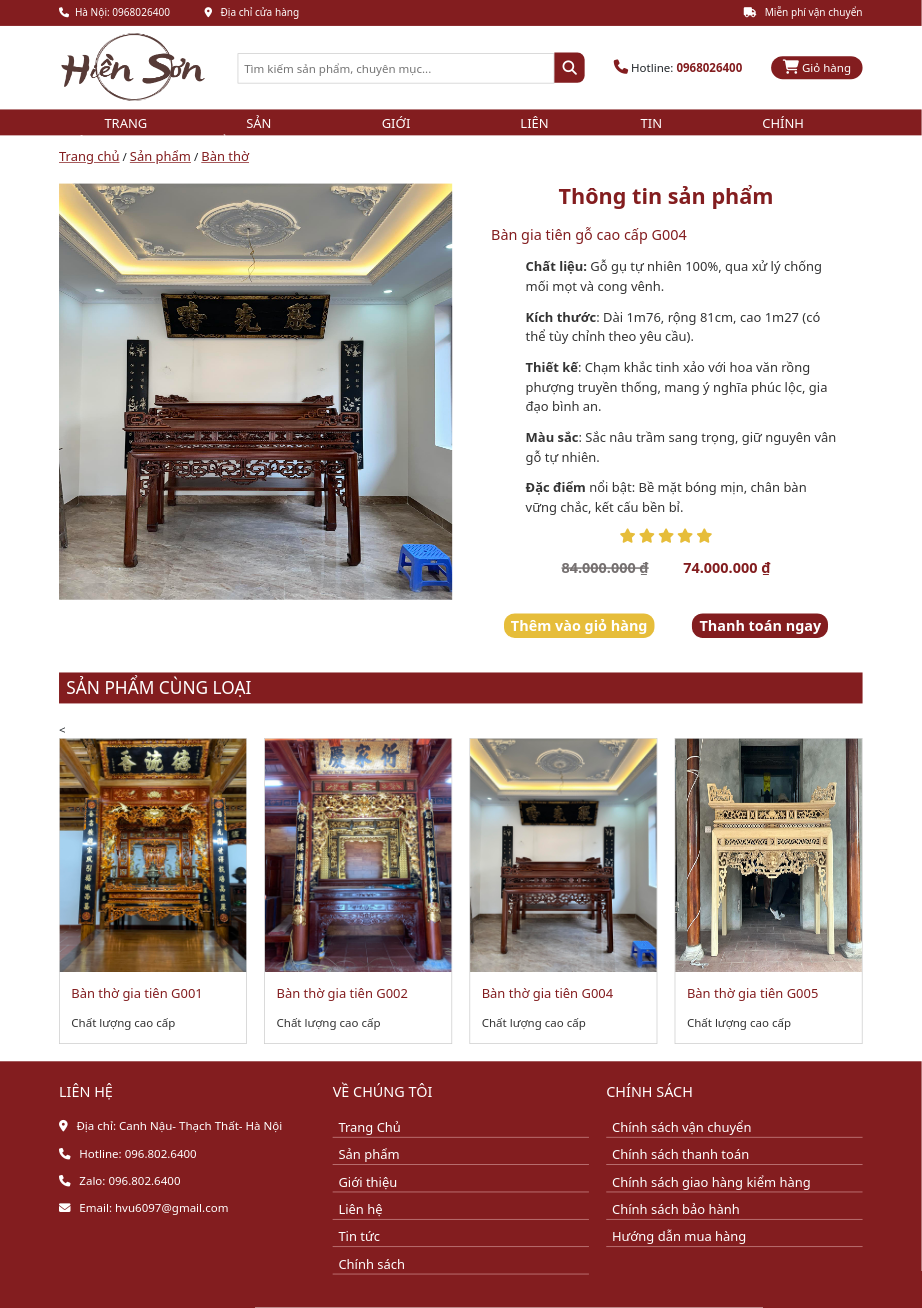
Repository: hoang28092000/do_go_hien_son
Page: product_details/ban_tho-g004.html
The author's editor kept a copy of each file at every save. The page is drawn from the files as they stood at one save, then again after the next save.
The browser window is 1280 px wide. The pictures show the whole page, at 72% of full size.
Some web libraries are served in a nearby version.

Above is the page before, as saved 2024-08-12 15:56:48.

### product_details/ban_tho-g004.html
<!DOCTYPE html>
<html lang="en">
<head>
    <meta charset="UTF-8">
    <meta name="viewport" content="width=device-width, initial-scale=1.0">
    <link rel="stylesheet" href="../asset/style.css">
    <link rel="stylesheet" href="https://cdnjs.cloudflare.com/ajax/libs/font-awesome/6.6.0/css/all.min.css" integrity="sha512-Kc323vGBEqzTmouAECnVceyQqyqdsSiqLQISBL29aUW4U/M7pSPA/gEUZQqv1cwx4OnYxTxve5UMg5GT6L4JJg==" crossorigin="anonymous" referrerpolicy="no-referrer" />
    <link href="https://cdn.jsdelivr.net/npm/bootstrap@5.3.3/dist/css/bootstrap.min.css" rel="stylesheet" integrity="sha384-QWTKZyjpPEjISv5WaRU9OFeRpok6YctnYmDr5pNlyT2bRjXh0JMhjY6hW+ALEwIH" crossorigin="anonymous">
    <title>Bàn thờ gia tiên G004</title>
</head>
<body>
    <div id="header">
        <div class="top_header">
            <div class="container">
                <div class=" d-flex align-items-center justify-content-between pt-1">
                    <div class="d-flex">
                        <p class="mb-0 me-5"><a href="" class="txt-th">
                            <i class="fa-solid fa-phone icon-th pe-2"></i>Hà Nội: 0968026400
                        </a></p>
                        <p class="mb-0"><a href="" class="txt-th">
                            <i class="fa-solid fa-location-dot icon-th pe-2"></i>
                        Địa chỉ cửa hàng</a></p>
                    </div>
                    <p class="mb-0"><a href="" class="txt-th">
                        <i class="fa-solid fa-truck icon-th pe-2"></i>
                    Miễn phí vận chuyển</a></p>
                </div>
            </div>
        </div>
    </div>

        <div class="main_header py-2">
            <div class="container">
                <ul class="d-flex justify-content-between align-items-center ps-0 mb-0">
                    <li class="logo-hs">
                        <a href="../index.html"><img src="../asset/image/logo_1.png" class="logo-hd" alt=""></a>
                    </li>
                    <li class="search-hd">
                        <input type="text" class="input-search-hd" placeholder="Tìm kiếm sản phẩm, chuyên mục..."><i class="fa-solid fa-magnifying-glass icon-search_hd"></i>
                    </li>

                    <li class="contact-hd">
                        <i class="fa-solid fa-phone icon-hd "></i>
                        <span class="txt-hd">Hotline: <b style="color: #831d1f;">0968026400</b></span>
                    </li>

                    <li class="cart-hd">
                        <p class="mb-0 cart-list py-1 px-3">
                            <i class="fa-solid fa-cart-shopping icon-cart"></i><span class="txt-cart"> Giỏ hàng</span>
                        </p>
                    </li>
                </ul>
            </div>
        </div>

        <div class="bottom_header">
            <div class="container">
                <ul class="links d-flex justify-content-center align-items-center mb-0 ps-0">
                    <li class="link "><a href="../index.html" class="txt-link">TRANG CHỦ</a></li>
                    <li class="link"><a href="../website/product.html" class="txt-link">SẢN PHẨM</a></li>
                    <li class="link"><a href="../website/about-us.html" class="txt-link">GIỚI THIỆU</a></li>
                    <li class="link"><a href="../website/contact.html" class="txt-link">LIÊN HỆ</a></li>
                    <li class="link"><a href="../website/news.html" class="txt-link">TIN TỨC</a></li>
                    <li class="link"><a href="../website/policy.html" class="txt-link">CHÍNH SÁCH</a></li>
                 </ul>
            </div>
        </div>
    </div>
    <div class="main-product_details">
        <div class="container">
            <div class="links-product_details pt-3 pb-4">
                <a href="../index.html" class="link-pd">Trang chủ</a>
                <span class="slash"> /</span>
                <a href="../website/product.html" class="link-pd">Sản phẩm</a>
                <span class="slash"> /</span>
                <a href="../website/product.html" class="link-pd">Bàn thờ</a>
            </div>

            <div class="card-p_details">
                <div class="row">
                    <div class="col-lg-6">
                        <img src="../asset/image/anhn5.jfif" alt="" class="img-p_details w-100">
                    </div>
                    <div class="col-lg-6">
                        <div class="info-p_details">
                            <h3 class="name-p_details">
                                Thông tin sản phẩm
                            </h3>

                            <div class="desc-info-pd">
                                <p class="heading-pd">
                                    Bàn gia tiên gỗ cao cấp G004
                                </p>
                                <p class="txt-pd ps-5">
                                    <b>Chất liệu:</b> Gỗ gụ tự nhiên 100%, qua xử lý chống mối mọt và cong vênh.
                                </p>
                                <p class="txt-pd ps-5">
                                    <b>Kích thước</b>: Dài 1m76, rộng 81cm, cao 1m27 (có thể tùy chỉnh theo yêu cầu).
                                </p>
                                <p class="txt-pd ps-5">
                                    <b>Thiết kế</b>: Chạm khắc tinh xảo với hoa văn rồng phượng truyền thống, mang ý nghĩa phúc lộc, gia đạo bình an.
                                </p>
                                <p class="txt-pd ps-5">
                                    <b>Màu sắc</b>: Sắc nâu trầm sang trọng, giữ nguyên vân gỗ tự nhiên.
                                </p>
                                <p class="txt-pd ps-5">
                                    <b>Đặc điểm</b> nổi bật: Bề mặt bóng mịn, chân bàn vững chắc, kết cấu bền bỉ.
                                </p>
                                <div class="evaluate ">
                                    <i class="fa-solid fa-star icon-star"></i>
                                    <i class="fa-solid fa-star icon-star"></i>
                                    <i class="fa-solid fa-star icon-star"></i>
                                    <i class="fa-solid fa-star icon-star"></i>
                                    <i class="fa-solid fa-star icon-star"></i>

                                </div>
                                <div class="prices-pd d-flex justify-content-center my-3">
                                    <p class="price-pd mb-0">84.000.000 ₫</p>
                                    <p class="price_sold_out mb-0 ps-5">74.000.000 ₫</p>
                                </div>
                                <div class="pay text-center mt-5" >
                                    <button class="add_cart me-5">Thêm vào giỏ hàng</button>
                                    <button class="buy">Thanh toán ngay</button>
                                </div>
                        </div>
                    </div>
                </div>
            </div>
            <h3 class="title-pd mt-5">
                SẢN PHẨM CÙNG LOẠI
            </h3>
            <div class="pd-relate my-4">
                <<div class="row">
                    <div class="col-lg-3">
                        <a href="./ban_tho-g001.html" class="a-link_pd">
                            <div class="card-pd">
                                <img src="../asset/image/anhn3.jfif" alt="this is picture" class="w-100 img-relate">
                                <p class="name-product_r mt-3 px-3">Bàn thờ gia tiên G001</p>
                                <p class="info-pd_r px-3">Chất lượng cao cấp</p>
                            </div>
                        </a>
                    </div>
                    <div class="col-lg-3">
                        <a href="./ban_tho-g002.html" class="a-link_pd">
                            <div class="card-pd">
                                <img src="../asset/image/anhn4.jfif" alt="this is picture" class="w-100 img-relate">
                                <p class="name-product_r mt-3 px-3">Bàn thờ gia tiên G002</p>
                                <p class="info-pd_r px-3">Chất lượng cao cấp</p>
                            </div>
                        </a>
                    </div>
                    <div class="col-lg-3">
                        <a href="./ban_tho-g004.html" class="a-link_pd">
                            <div class="card-pd">
                                <img src="../asset/image/anhn5.jfif" alt="this is picture" class="w-100 img-relate">
                                <p class="name-product_r mt-3 px-3">Bàn thờ gia tiên G004</p>
                                <p class="info-pd_r px-3">Chất lượng cao cấp</p>
                            </div>
                        </a>
                    </div>
                    <div class="col-lg-3">
                        <a href="./ban_tho-g005.html" class="a-link_pd">
                            <div class="card-pd">
                                <img src="../asset/image/anhn7.jfif" alt="this is picture" class="w-100 img-relate">
                                <p class="name-product_r mt-3 px-3">Bàn thờ gia tiên G005</p>
                                <p class="info-pd_r px-3">Chất lượng cao cấp</p>
                            </div>
                        </a>
                    </div>
                </div>
            </div>
        </div>
    </div>


    <div id="footer" class="mt-3">
        <div class="container">
            <div class="row">
                <div class="col-lg-4">
                    <h4 class="title-ft">LIÊN HỆ</h4>
                    <ul class="list-info">
                        <li>
                            <i class="fa-solid fa-location-dot icon-ft pe-2"></i>
                            <span class="txt-ft">Địa chỉ: Canh Nậu- Thạch Thất- Hà Nội</span>
                        </li>
                        <li>
                            <i class="fa-solid fa-phone icon-ft pe-2"></i>
                            <span class="txt-ft">Hotline: 096.802.6400</span>
                        </li>
                        <li>
                            <i class="fa-solid fa-phone icon-ft pe-2"></i>
                            <span class="txt-ft">Zalo: 096.802.6400    </span>
                        </li>
                        <li>
                            <i class="fa-solid fa-envelope icon-ft pe-2"></i>
                           <span class="txt-ft">Email: hvu6097@gmail.com</span>
                        </li>
                    </ul>
                </div>
                <div class="col-lg-4">
                    <h4 class="title-ft">
                        VỀ CHÚNG TÔI
                    </h4>
                    <ul class="list-links ps-0">
                        <li class="item-link"><a href="../index.html" class="link-ft">Trang Chủ </a></li>
                        <li class="item-link"><a href="../website/product.html" class="link-ft">Sản phẩm</a></li>
                        <li class="item-link"><a href="../website/about-us.html" class="link-ft">Giới thiệu</a></li>
                        <li class="item-link"><a href="../website/contact.html" class="link-ft">Liên hệ</a></li>
                        <li class="item-link"><a href="../website/news.html" class="link-ft">Tin tức</a></li>
                        <li class="item-link"><a href="../website/policy.html" class="link-ft">Chính sách</a></li>
                    </ul>
                </div>
                <div class="col-lg-4">
                    <h4 class="title-ft">
                       CHÍNH SÁCH
                    </h4>
                    <ul class="list-links ps-0">
                        <li class="item-link"><a href="../website/policy.html" class="link-ft">Chính sách vận chuyển </a></li>
                        <li class="item-link"><a href="../website/policy.html" class="link-ft">Chính sách thanh toán</a></li>
                        <li class="item-link"><a href="../website/policy.html" class="link-ft">Chính sách giao hàng kiểm hàng</a></li>
                        <li class="item-link"><a href="../website/policy.html" class="link-ft">Chính sách bảo hành</a></li>
                        <li class="item-link"><a href="../website/policy.html" class="link-ft">Hướng dẫn mua hàng</a></li>
                    </ul>
                </div>

            </div>
        </div>
    </div>
</body>
</html>

### asset/style.css
*{
    padding: 0px;
    margin: 0px ;
    box-sizing: border-box;
    list-style: none;
}

.top_header{
    height: 36px;
    background-color: #831d1f;
}

.top_header .txt-th{
    color: #fff;
    font-size: 14px;
    text-decoration: none;
    font-weight: 500;
}

.top_header .icon-th{
    color: #fff;
}
.top_header .txt-th:hover,
.top_header .icon-th:hover{
    opacity: 0.7;
}

.main_header .logo-hd{
    height: 100px;
    width: 208px;
}
.main_header .input-search-hd{
    font-size: 16px;
    color: #333;
    padding-left: 8px;
    width: 440px;
    height: 42px;
    border: 1px solid #ccc;
    outline: none;
}
.main_header .icon-search_hd{
    font-size: 20px;
    background-color: #831d1f;
    padding: 11px;
    color: #fff;
    border-radius: 0 10px 10px 0;
}
.main_header .icon-search_hd:hover{
    opacity: 0.7;
    cursor: pointer;
}
.main_header .contact-hd .icon-hd{
    font-size: 20px;
    color: #831d1f;
}
.cart-hd .cart-list{
    background-color: #831d1f;
    border-radius: 16px;
}
.cart-hd .txt-cart{
    font-size: 16px;
    font-weight: 500;
    color: #fff;
}
.cart-hd .icon-cart{
    font-size: 20px;
    color: #fff;
}
.cart-hd .cart-list:hover{
    opacity: 0.7;
    cursor: pointer;
}

.bottom_header{
    height: 36px;
    background-color: #831d1f;
}
.bottom_header .links{
    list-style: none;
    padding-top: 6px;
}

.links .txt-link{
    text-decoration: none;
    font-size: 18px;
    font-weight: 500;
    color: #fff;
    padding: 7px 63px 5px;
}
/* .links .txt-link:first-child{
    padding-left:0 ;

}
.links .txt-link:last-child{
    padding-right:0 ;
} */
.links .txt-link:hover{
    cursor: pointer;
    background-color: #bd7071;
}


/* Main*/
#main{
    padding: 20px 0;
}

.left-main .product_portfolio .txt_portfolio{
    font-size: 18px;
    font-weight: 600;
    padding: 4px 10px 4px 0;
    text-align: center;
    background-color: #831d1f;
    color: #fff;
}

.left-main .list_portfolio .items-product{
    border-bottom: 1px solid #ccc;
    padding: 10px 0 4px;
}

.left-main .list_portfolio .items-product:hover{
    background-color: #bd7071;
    color: #fff;
    cursor: pointer;
}
.left-main .list_portfolio .items-product:hover .txt-porduct {
    color: #fff;
}

.left-main .list_portfolio .txt-porduct{
    font-size: 18px;
    color: #333;
    text-decoration: none;
    padding-left: 4px;
    font-weight: 500;
}

/* right-main */

.right-main .first_news .txt-title{
    font-size: 32px;
    font-weight: 600;
    color: #fff;
    background-color: #831d1f;
    padding-left: 10px;

}
.right-main .first_news .hr-title{
    height: 3px;
    background-color: rgb(83, 19, 19);
}
.right-main .first_news .img-rm{
    height: 700px;
}

.right-main .first_news .title-news{
    font-size: 24px;
    font-weight: 500;
    color: #333;

}
.right-main .first_news .txt-bnews{
    font-size: 22px;
    font-weight: 500;
    color: #333;
}
.right-main .first_news .txt-news{
    font-size: 18px;
    color: 16px;
    padding-left: 40px;
    font-weight: 400;
}

.right-main .first_news  .btxt-news{
    font-size: 20px;
    font-weight: 400;
    color: #333;
    padding-left: 20px;
}


/* Main product */
#main .product .img-product{
    height: 412px;
}
#main .product{
    box-shadow: 0px 0px 5px 4px #ccc;
    padding-bottom: 20px;
}
.link-product{
    text-decoration: none;

}
.product .name-product{
    font-size: 18px;
    color: #333;
    font-weight: 500;
    text-align: center;

}
.product .sold-out{
    font-size: 16px;
    color: #757070;
    text-align: center;
}
.product .price-pr{
    font-size: 18px;
    font-weight: 500;
    color: #757070;
    text-decoration: line-through;
}
.product .price-promotion{
    font-size: 18px;
    font-weight: 500;
    color: #fff;
    background-color: #831d1f;
    border-radius: 20px;
    text-align: center;
    padding: 4px 10px;
}
.product .icon_cart-product{
    font-size: 20px;
    color: #831d1f;
    margin-left: 10px;
}

#main .relate_news .title_relate{
    font-size: 24px;
    color: #fff;
    background-color: #831d1f;
    padding: 8px 0 8px 8px;
}
.relate_news .link-relate{
    text-decoration: none;
}
.relate_news .card-relate{
    padding-bottom: 20px;
    box-shadow: 0px 0px 5px 4px #ccc;
}
.card-relate .img-relate{
    height: 229px;
}
.card-relate .info_relate{
    padding: 20px 20px 0 20px;
}
.card-relate .info_relate .h-relate{
    font: size 18px;
    color: #333;
    font-weight: 500;
}
.card-relate .info_relate .desc-relate{
    font-size: 16px;
    font-weight: 400;
    color: #333;
}




/* main about-us */
.main_about-us .title-as{
    font-size: 30px;
    font-weight: 600;
    color: #831d1f;
    text-align: center;
}
.main_about-us .hr-as{
    width: 200px;
    height: 4px;
    background-color: #831d1f;
    margin: 0 auto;
}
.main_about-us .heading-txt{
    font-size: 20px;
    font-weight: 500;
    color: #333;
}

.main_about-us .desc-as{
    font-size: 18px;
    color: #333;
    line-height: 1.8;
}


/* main contact */

.main-contact .title-contact{
    font-size: 30px;
    font-weight: 600;
    color: #831d1f;
    text-align: center;
}

.main-contact .my-info{
    box-shadow: 0px 0px 5px 4px #ccc;
    padding:  20px ;
    height: 437px;
}
.main-contact .my-info .logo-info{
    width: 100px;
    height: 100px;
    border: 2px double #831d1f;

}
.main-contact .my-info .icon-contact{
    font-size: 20px;
    color: #831d1f;
}

.main-contact .my-info .your-info{
    font-size: 22px;
    font-weight: 500;
    color: #831d1f;
    text-align: center;
}
.main-contact .my-info .txt-yi{
    font-size: 18px;
    color: #333;
    font-weight: 500;
}

.main-contact .my-info .input-yi{
    width: 100%;
    outline: none;
    border: 1px solid #ccc;
    padding : 4px 0 4px 6px;
}
.main-contact .text-contact{
    font-size: 18px;
    color: #831d1f;
    font-weight: 500;
    text-align: center;
}
.main-contact .btn-submit{
    border-radius: 10px;
    background-color: #831d1f;
    color: #fff;
    padding: 6px 30px;
    font-size: 18px;
}


/* main-news*/
.main-news .title-news{
    font-size: 24px;
    font-weight: 500;
    color: #831d1f;
    border-bottom: 5px solid #831d1f;
}
.main-news .img-news{
    height: 205px;
}

.main-news .link-news{
    text-decoration: none;
}

.main-news .card-news{
    height: 373px;
    border: 1px solid #ccc;
}

.main-news .link-news .info-news{
    padding: 0 8px;
}

.main-news .link-news .heading-news{
    font-size: 18px;
    font-weight: 500;
    color: #333;
    padding-top: 16px;
    margin-bottom: 0;
}
.main-news .link-news .desc-news{
    font-size: 16px;
    font-weight: 400;
    color: #333;
    margin-top: 4px;
    margin-bottom: 0;
}
.main-news .link-news .time-up{
    font-size: 12px;
    color: #757070;
    font-style: italic;
    padding: 10px 0 20px;
    float: right ;
}

/*main policy  */
.main-policy .title-policy{
    font: 30px;
    color: #831d1f;
    font-weight: 700;
    text-align: center;
    padding-top: 40px;
}
.main-policy .hr-policy{
    width: 200px;
    height: 4px;
    background-color: #831d1f;
    margin: 0 auto;
}
.main-policy .info-policy{
    margin-bottom: 32px;
}

.main-policy .heading-policy{
    font-size: 20px;
    color: #333;
    font-weight: 500;
}

.main-policy .txt-policy{
    padding-left: 20px;
}


/* main thiết kế phòng thờ hợp phong thủy */
.main-design_news .title-ds_news{
    font-size: 30px;
    font-weight: 700;
    color: #831d1f;
    margin-top: 30px;
    text-align: center;
}
.main-design_news .desc-news{
    font-size: 20px;
    color: #333;
    font-weight: 400;
    line-height: 1.7;
}
.main-design_news .img-news{
    height: 400px;
    width: 45%;
    padding: 10px 20px;
}
.main-design_news .desc-img{
    font-size: 16px;
    color: #423e3e;
    font-style: italic;
    text-align: center;
    padding-top: 20px;
}
.main-design_news .title_desc-news{
    font-size: 24px;
    font-weight: 600;
}


/* main- san pham chi tiet */

.main-product_details .links-product_details .link-pd{
    color: #831d1f;
    font-size: 18px;
    font-weight: 400;

}
.main-product_details .img-p_details{
    height: 578px;
}
.main-product_details .info-p_details{
    padding: 0 30px;

}
.main-product_details .info-p_details .name-p_details{
    font-size: 30px;
    color: #831d1f;
    font-weight: 600;
    text-align: center;
}
.info-p_details .desc-info-pd .heading-pd{
    font-size: 20px;
    color: #831d1f;
    font-weight: 500;
    margin-top: 20px;
}
.desc-info-pd .txt-pd{
    font-size: 18px;
    color: #333;
    font-weight: 400;
}
.desc-info-pd .evaluate{
    text-align: center;
}
.desc-info-pd .icon-star{
    font-size: 20px;
    color: #e6bd3a;
    margin: 0 auto;
}
.desc-info-pd .price-pd{
    font-size: 20px;
    color: #757070;
    font-weight: 600;
    text-decoration: line-through;
}
.desc-info-pd .price_sold_out{
    font-size: 20px;
    color: #831d1f;
    font-weight: 600;
    border-radius: 15px;
}
.desc-info-pd .pay .add_cart{
    font-size: 20px;
    color: #fff;
    font-weight: 600;
    background-color: #e6bd3a;
    border: none;
    border-radius: 15px;
    padding: 2px 10px;
}
.desc-info-pd .pay .buy{
    font-size: 20px;
    color: #fff;
    font-weight: 600;
    background-color: #831d1f;
    border: none;
    border-radius: 15px;
    padding: 2px 10px;
}
 .main-product_details .title-pd{
    font-size: 24px;
    color: #fff;
    background: #831d1f;
    padding: 7px 0 7px 10px;

 }
 .main-product_details  .hr-pd{
    background-color: #831d1f;
    height: 4px;
 }
.main-product_details .a-link_pd{
    text-decoration: none;
}
 .main-product_details .card-pd{
    border: 1px solid #ccc;

 }
 .main-product_details .card-pd .img-relate{
    height: 324px
 }
 .main-product_details .a-link_pd .card-pd .name-product_r{
    font-size: 18px;
    color: #831d1f;
    font-weight: 500;
 }
 .main-product_details .a-link_pd .card-pd .info-pd_r{
    font-size: 16px;
    color: #333;
    font-weight: 400;
 }





/* footer */
#footer{
    background-color: #831d1f;
    padding: 30px 0;
}
#footer .title-ft{
    font-size: 20px;
    font-weight: 500;
    color: #fff;
    margin-bottom: 24px;
}
#footer .list-info{
    padding-left: 0;
}
#footer .txt-ft ,
.icon-ft{
    color: #fff;
    font-size: 16px;
    font-weight: 400;
    padding-bottom: 18px;
}
#footer .list-links .link-ft{
    font-size: 18px;
    color: #fff;
    font-weight: 400;
    text-decoration: none;
    padding-left: 8px;
}
#footer .list-links .item-link{
    border-bottom: 1px solid #cc8b8b;
    margin-bottom: 10px;
}
#footer .list-links .item-link:hover{
    background-color: #bd7071;
    cursor: pointer;

}

After the next save:
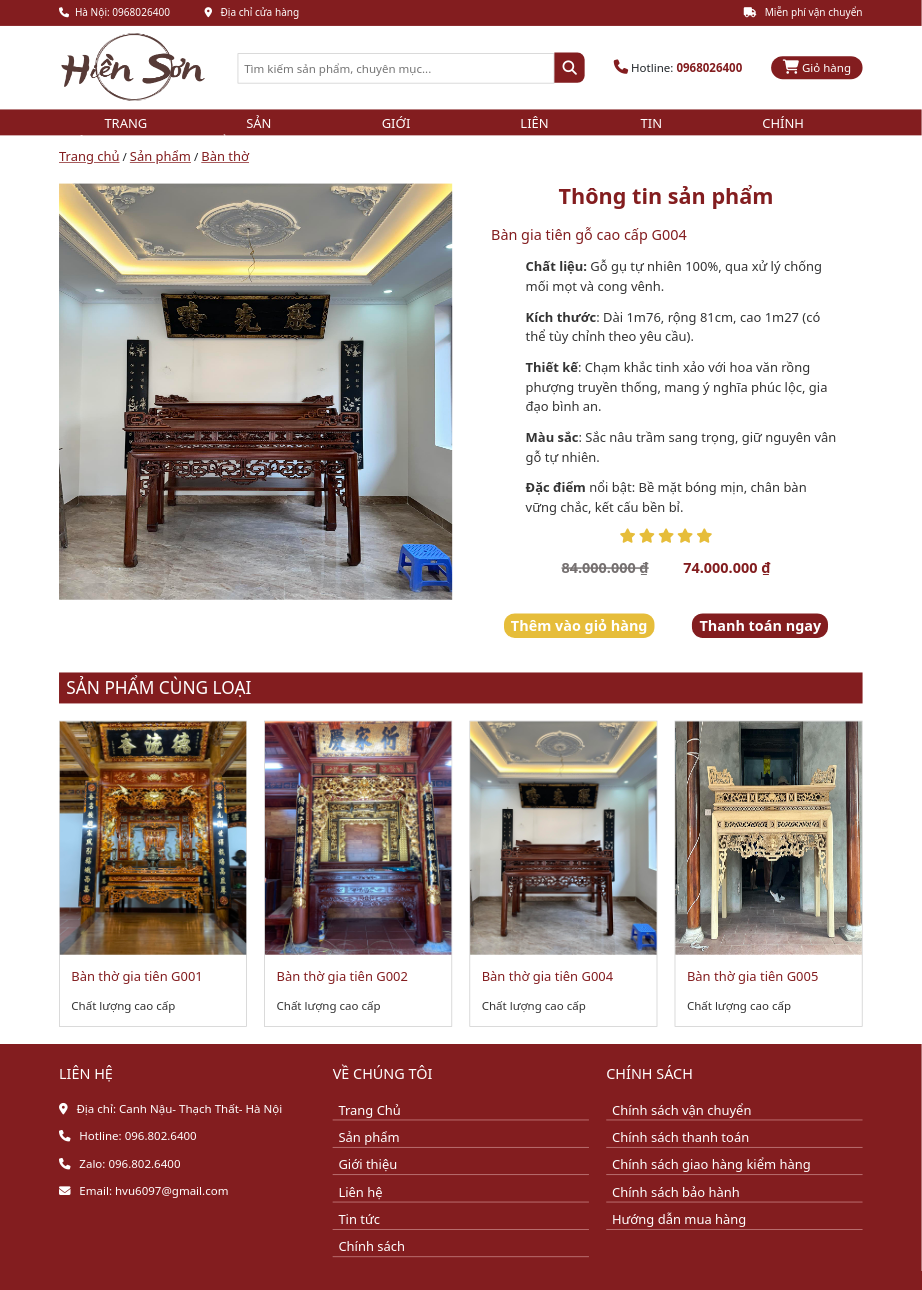
Saved 12 s later.
--- a/product_details/ban_tho-g004.html
+++ b/product_details/ban_tho-g004.html
@@ -130,7 +130,7 @@
                 SẢN PHẨM CÙNG LOẠI
             </h3>
             <div class="pd-relate my-4">
-                <<div class="row">
+                <div class="row">
                     <div class="col-lg-3">
                         <a href="./ban_tho-g001.html" class="a-link_pd">
                             <div class="card-pd">
